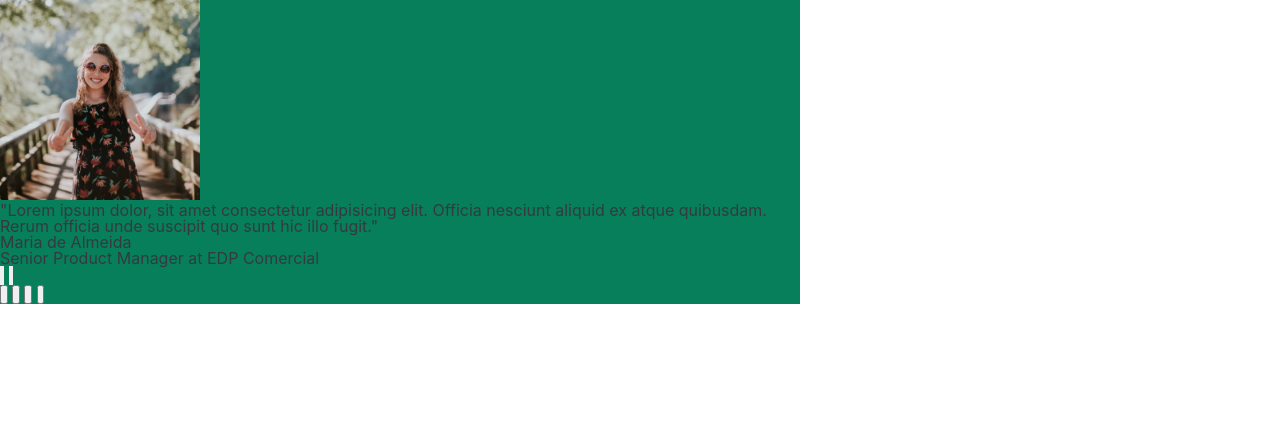
Repository: nghiakma/HTML-CSS-Fundamental
Page: Component_LayoutPatterns/carousel.html
The author's editor kept a copy of each file at every save. The page is drawn from the files as they stood at one save, then again after the next save.
The browser window is 1280 px wide. The pictures show the whole page.

Above is the page before, as saved 2023-08-26 11:37:32.

### Component_LayoutPatterns/carousel.html
<!DOCTYPE html>
<html lang="en">

<head>
  <meta charset="UTF-8">
  <meta name="viewport" content="width=device-width, initial-scale=1.0">
  <title>Carousel Component</title>
  <style>
    * {
      margin: 0;
      padding: 0;
      box-sizing: border-box;
    }

    body {
      font-family: "Inter", sans-serif;
      color: #343a40;
      line-height: 1;
    }

    .carousel {
      width: 800px;
      margin: 100;
      background-color: #087f5b;
    }

    img {
      height: 200px;
    }
  </style>
</head>

<body>
  <div class="carousel">
    <img src="maria.jpg" alt="Maria de Almeida" />
    <blockquote class="testimonial">
      <p class="testimonial-text">
        "Lorem ipsum dolor, sit amet consectetur adipisicing elit. Officia
        nesciunt aliquid ex atque quibusdam. Rerum officia unde suscipit quo
        sunt hic illo fugit."
      </p>
      <p class="testimonial-author">Maria de Almeida</p>
      <p class="testimonial-job">Senior Product Manager at EDP Comercial</p>
    </blockquote>

    <button class="btn btn--left">
      <svg xmlns="http://www.w3.org/2000/svg" class="btn-icon" fill="none" viewBox="0 0 24 24" stroke="currentColor">
        <path stroke-linecap="round" stroke-linejoin="round" stroke-width="2" d="M15 19l-7-7 7-7" />
      </svg>
    </button>
    <button class="btn btn--right">
      <svg xmlns="http://www.w3.org/2000/svg" class="btn-icon" fill="none" viewBox="0 0 24 24" stroke="currentColor">
        <path stroke-linecap="round" stroke-linejoin="round" stroke-width="2" d="M9 5l7 7-7 7" />
      </svg>
    </button>
    <div class="dots">
      <button class="dot dot--fill">&nbsp;</button>
      <button class="dot">&nbsp;</button>
      <button class="dot">&nbsp;</button>
      <button class="dot">&nbsp;</button>
    </div>
  </div>
</body>

</html>

After the next save:
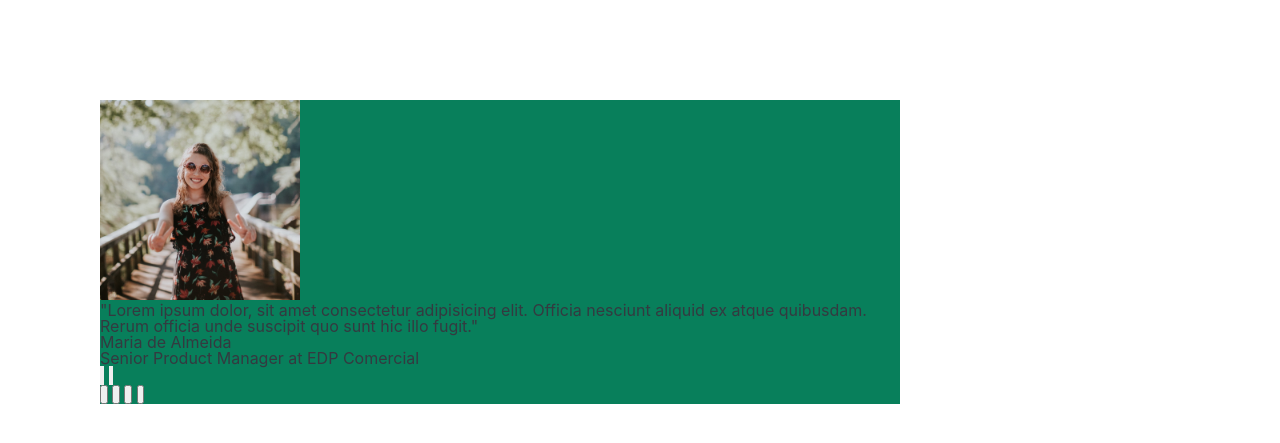
Saved 7 s later.
--- a/Component_LayoutPatterns/carousel.html
+++ b/Component_LayoutPatterns/carousel.html
@@ -20,7 +20,7 @@
 
     .carousel {
       width: 800px;
-      margin: 100;
+      margin: 100px;
       background-color: #087f5b;
     }
 
